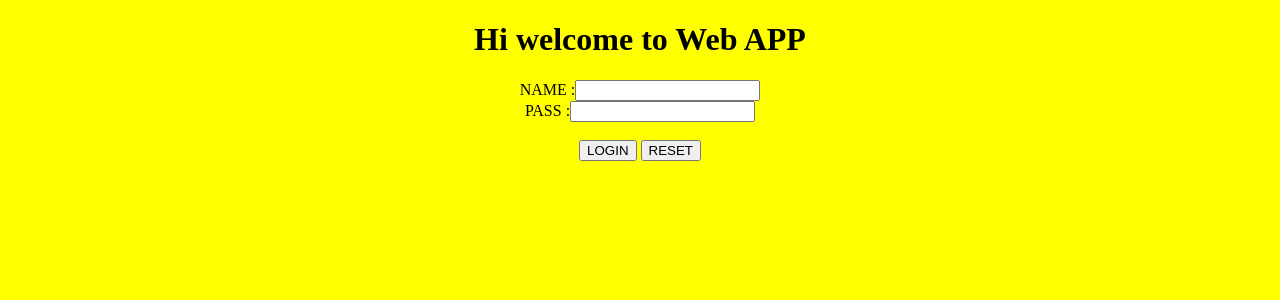
Repository: Thaneshwara848/TCS_B1
Page: webDemo5/src/main/webapp/Login.html
The author's editor kept a copy of each file at every save. The page is drawn from the files as they stood at one save, then again after the next save.
The browser window is 1280 px wide. The pictures show the whole page.

Above is the page before, as saved 2022-11-14 06:42:34.

After the next save:
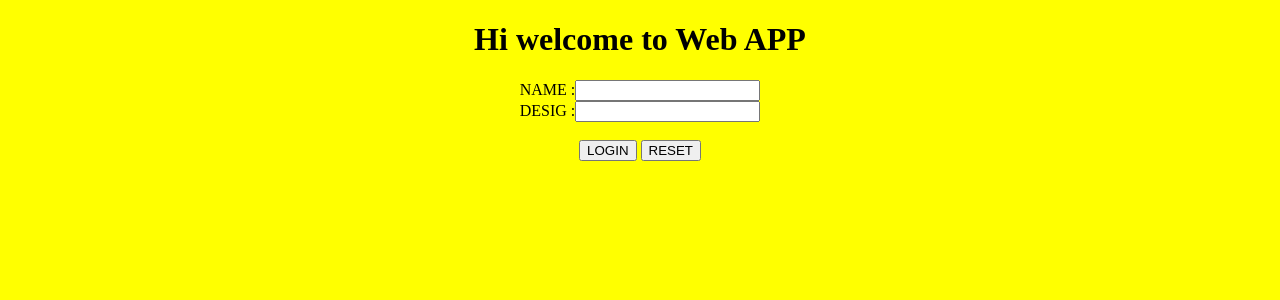
Saved 29 s later.
--- a/webDemo5/src/main/webapp/Login.html
+++ b/webDemo5/src/main/webapp/Login.html
@@ -10,7 +10,7 @@
 	<h1> Hi welcome to Web APP</h1>
 	<form action="Login" method="POST">
 		NAME :<input type="text" name="username"><br>
-		PASS :<input type="text" name="userpass"><br><br>
+		DESIG :<input type="text" name="userpass"><br><br>
 		<input type="submit" value="LOGIN">
 		<input type="reset" value="RESET">
 	</form>
